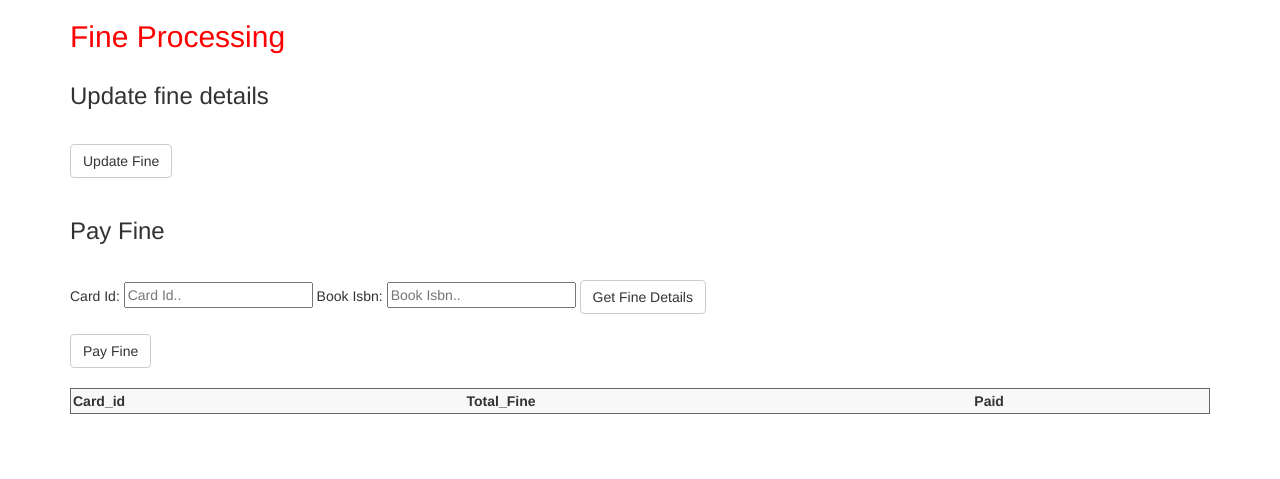
Repository: ApurvaMithal/LibraryManagementSystem
Page: http://localhost/LibraryManagementSystem/Fines.jsp
The author's editor kept a copy of each file at every save. The page is drawn from the files as they stood at one save, then again after the next save.
The browser window is 1280 px wide. The pictures show the whole page.
Some web fonts or font styles are not loaded; a fallback is used. The page is served by Tomcat 9. Other server files are loaded and not shown.

Above is the page before, as saved 2018-03-01 04:07:14.

### eclipse/LibraryManagementSystem/WebContent/Fines.jsp
<%@ page language="java" contentType="text/html; charset=ISO-8859-1"
	pageEncoding="ISO-8859-1"%>
    <!DOCTYPE html PUBLIC "-//W3C//DTD HTML 4.01 Transitional//EN" "http://www.w3.org/TR/html4/loose.dtd">
    <html>

    <head>
        <title>Fine Processing</title>
        <link rel="stylesheet" href="css/bootstrap.min.css">
        <link rel="stylesheet" href="https://cdnjs.cloudflare.com/ajax/libs/font-awesome/4.7.0/css/font-awesome.min.css">
        <link href='http://fonts.googleapis.com/css?family=Oxygen' rel='stylesheet' type='text/css'>
        <script src="js/jquery.min.js"></script>
        <script src="js/bootstrap.min.js"></script>

		<style>
            table {
                border: 1px solid #666;
                width: 100%;
            }

            th {
                background: #f8f8f8;
                font-weight: bold;
                padding: 2px;
            }
        </style>

        <script>
            jQuery(window).ready(function() {

                $("#fineUpdateBtn").click(function(event) {

                    jQuery.ajax({
                        url: "FineUpdateServlet",
                        type: "get",
                        dataType: "json",
                        data: {
                        },
                        success: function(data) {
                            // since we are using jQuery, you don't need to parse response

                            if(data[0].flag == 1){
                                alert("Successful update");
                            }

                          //  drawTable(data);
                        }
                    });

                });
                jQuery(window).ready(function() {

                    $("#finePaymentBtn").click(function(event) {

                        var cardID = $('#cardId').val();
                        var isbn = $('#isbn').val();
                        jQuery.ajax({
                            url: "FinePaymentServlet",
                            type: "get",
                            dataType: "json",
                            data: {
                                cardId: cardID,
                                isbn: isbn

                            },
                            success: function(data) {
                                // since we are using jQuery, you don't need to parse response
                                if(data[0].flag == 1){
                                    alert("Successful Payment");

                                drawTable(data);
                               }
                                else
                                    alert("Cannot pay till book is not checked in");
                            }
                        });

                    });

                    function drawTable(data) {
                    	  $("#fineDetails").find("tr:not(:first)").remove();
                        for (var i = 0; i < data.length; i++) {
                            drawRow(data[i]);
                        }
                    }

                    function drawRow(rowData) {
                        var row = $("<tr />");
                        $("#fineDetails").append(row); //this will append tr element to table... keep its reference for a while since we will add cels into it
                        row.append($("<td>" + rowData.card_id + "</td>"));
                        row.append($("<td>" + rowData.Total_Fine + "</td>"));
                        row.append($("<td>" + rowData.paid + "</td>"));

                    }
                });

            });
        </script>



    </head>

    <body>

        <div class="container">
            <h2>
                <font color="red">Fine Processing</font>
            </h2>
            <div class="fineUpdate">
                <label for="fineUpdate"><h3>Update fine details</h3></label></br></br>
             </div>
            <button type="Submit" class="btn btn-default" id="fineUpdateBtn">Update Fine</button>
			</br></br>

			<div class="finePayment">
                <label for="finePayment"><h3>Pay Fine</h3></label></br></br>
                Card Id:    <input type="text" id="cardId" placeholder="Card Id.." name="cardId">
                Book Isbn:  <input type="text" id="isbn" placeholder="Book Isbn.." name="bookIsbn">
                <button type="Submit" class="btn btn-default" id="getFineBtn">Get Fine Details</button>

            </div>
			</br>
            <button type="Submit" class="btn btn-default" id="finePaymentBtn">Pay Fine</button>
			</br></br>

            <table id="fineDetails">
            <tr>
                <th>Card_id</th>
                <th>Total_Fine</th>
                <th>Paid</th>
            </tr>

         </table>

        </div>


    </body>

    </html>

Loaded but not shown: eclipse/LibraryManagementSystem/WebContent/css/bootstrap.min.css (library); eclipse/LibraryManagementSystem/WebContent/js/jquery.min.js (library); eclipse/LibraryManagementSystem/WebContent/js/bootstrap.min.js (library)

After the next save:
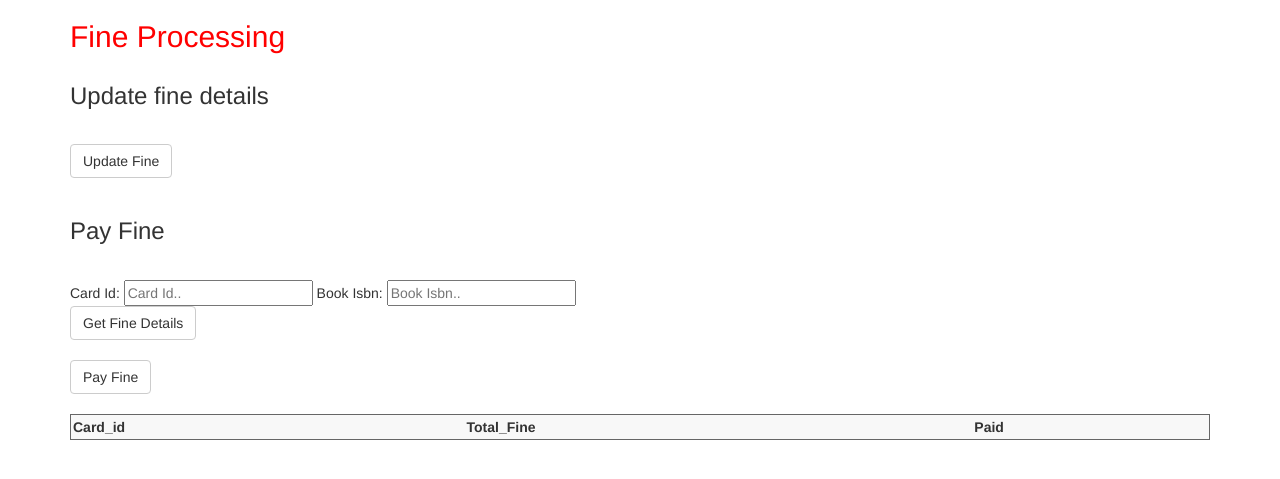
Saved 29 s later.
--- a/eclipse/LibraryManagementSystem/WebContent/Fines.jsp
+++ b/eclipse/LibraryManagementSystem/WebContent/Fines.jsp
@@ -115,7 +115,7 @@
 			<div class="finePayment">
                 <label for="finePayment"><h3>Pay Fine</h3></label></br></br>
                 Card Id:    <input type="text" id="cardId" placeholder="Card Id.." name="cardId">
-                Book Isbn:  <input type="text" id="isbn" placeholder="Book Isbn.." name="bookIsbn">
+                Book Isbn:  <input type="text" id="isbn" placeholder="Book Isbn.." name="bookIsbn"></br>
                 <button type="Submit" class="btn btn-default" id="getFineBtn">Get Fine Details</button>
 
             </div>
